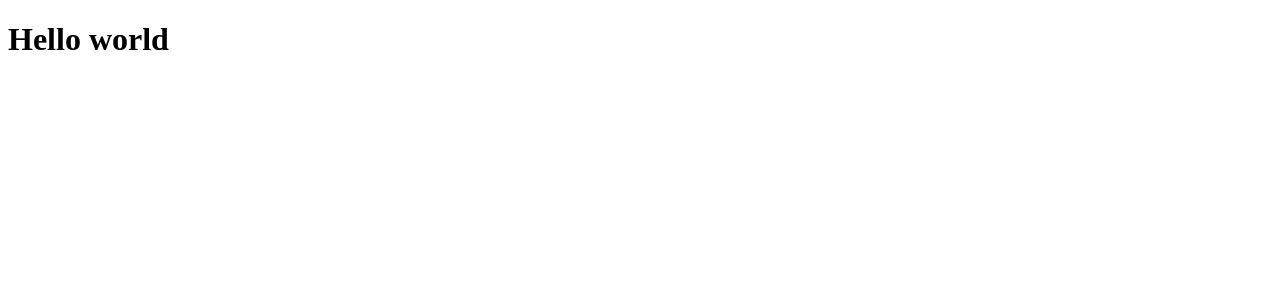
Repository: Kundansaireddy/FirstSpringBootApplication
Page: src/main/resources/static/index.html
These files come from the project's save history. The page is drawn as it stood at one moment and after a run of saves; the edit follows.
The browser window is 1280 px wide. The pictures show the whole page.

Above is the page before, as saved 2023-11-04 11:46:53.

After the next 3 saves:
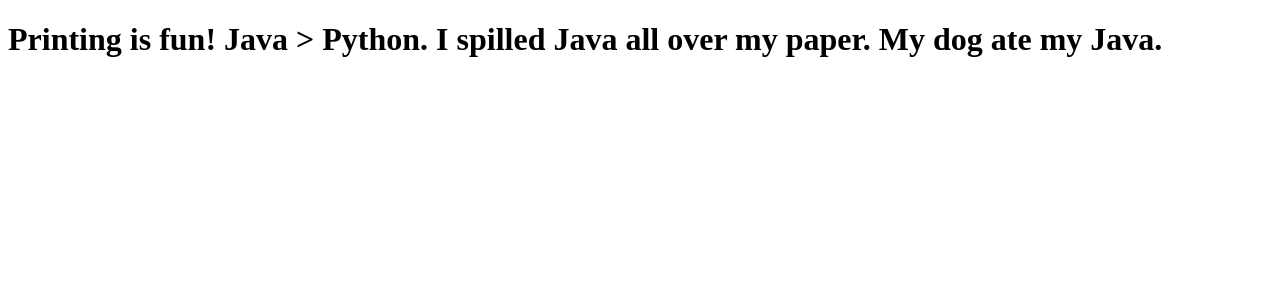
The 3 saves are shown as one change because they came seconds apart.
The last was saved 4 min 2 s later.
--- a/src/main/resources/static/index.html
+++ b/src/main/resources/static/index.html
@@ -2,6 +2,9 @@
 <html lang="en">
   <head> </head>
   <body>
-    <h1>Hello world</h1>
+    <h1>
+      Printing is fun! Java > Python. I spilled Java all over my paper. My dog
+      ate my Java.
+    </h1>
   </body>
 </html>
